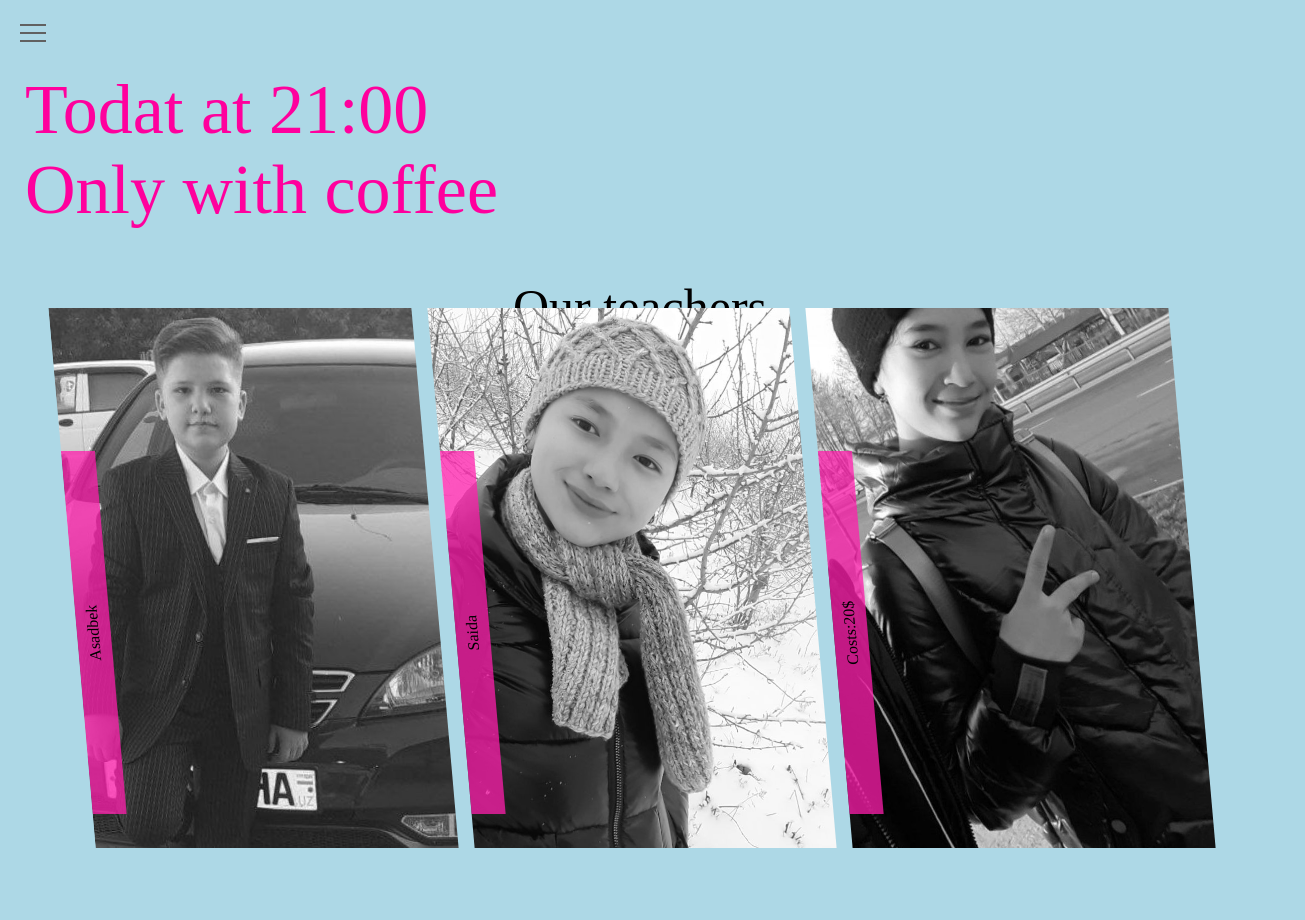
Repository: KHANas02/live-stream
Page: index.html
An editor plug-in stored every save of this project. The page is shown before and after the next save, followed by the edit.
The browser window is 1280 px wide. The page is 1305 px wide, so the pictures cover 1305 px, including what lies to the right of the window. The pictures show the whole page.

Above is the page before, as saved 2024-03-25 10:19:34.

After the next save:
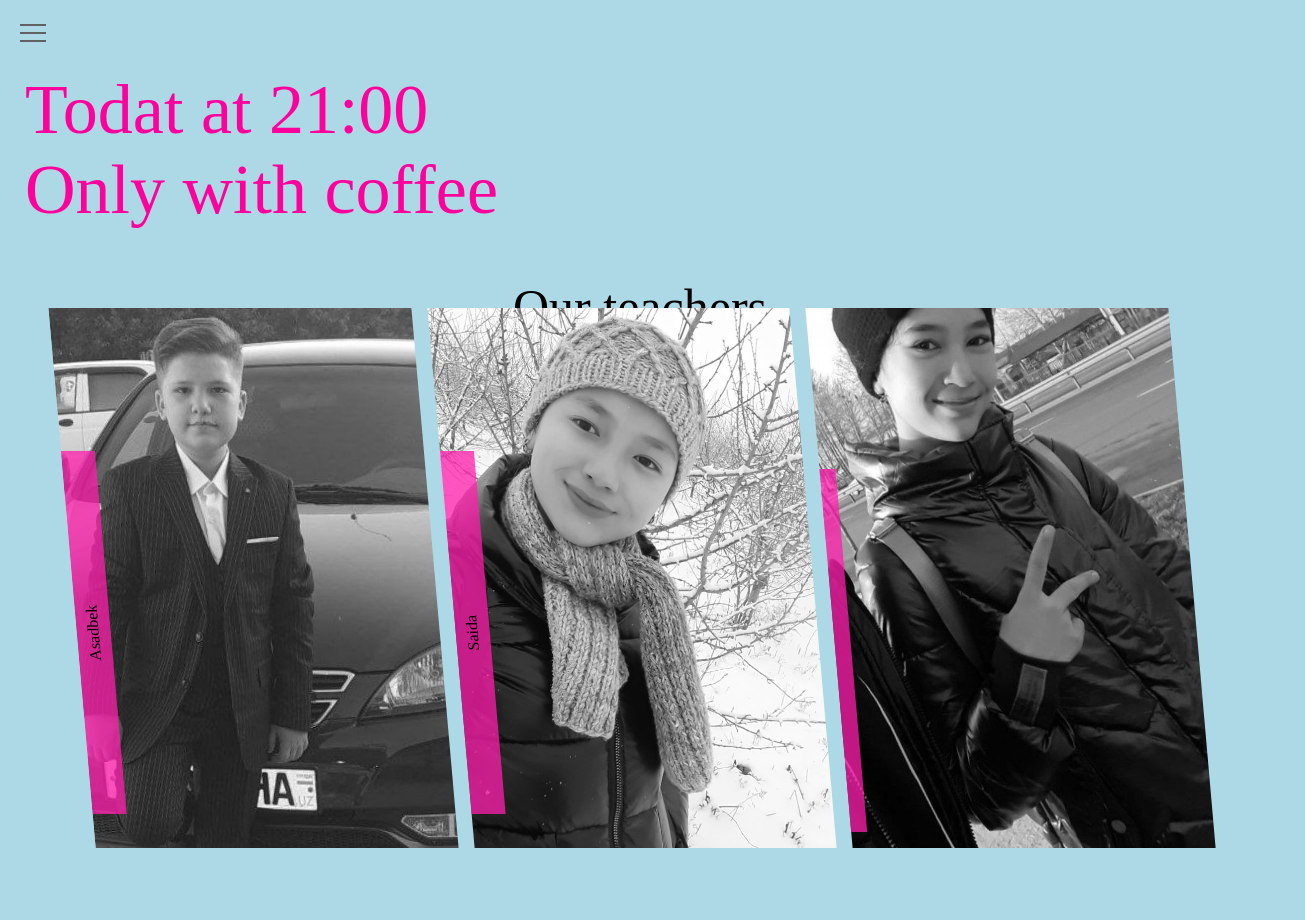
Saved 6 s later.
--- a/index.html
+++ b/index.html
@@ -79,7 +79,7 @@
         <img
           src="photo_2024-03-25_10-18-43.jpg"
         />
-        <div class="card__head">Costs:20$</div>
+        <div class="card__head"></div>
       </div>
       </body>
     </html>
